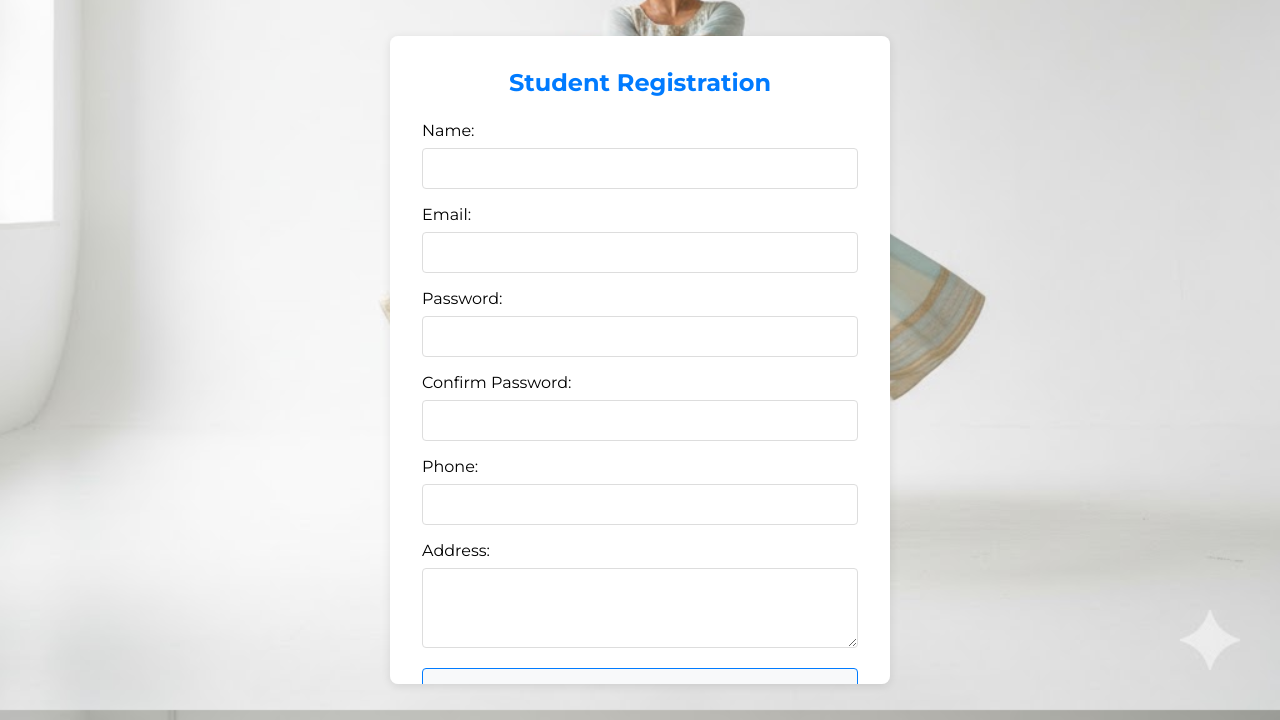
Repository: Priyadharshini-J-CSE/StepSync_Dance_Mangement_System
Page: /user-register (app in frontend/)
The author's editor kept a copy of each file at every save. The page is drawn from the files as they stood at one save, then again after the next save.
The browser window is 1280 px wide. The pictures show the whole page.
An inner scrolling area shows only its first screen. Some web fonts or font styles are not loaded; a fallback is used. Some web libraries are served in a nearby version. The project was rebuilt for these pictures with package versions that can differ from the ones it lists, and the page was loaded fresh each time. Also part of the build but not shown: frontend/src/index.css, frontend/src/pages/LandingPage.js, frontend/src/components/Alert.js, frontend/src/pages/UserLogin.js, frontend/src/pages/AdminLogin.js, frontend/src/pages/AdminRegister.js, frontend/src/pages/ForgotPassword.js, frontend/src/components/Navbar.js and 17 more.

Above is the page before, as saved 2025-12-18 10:46:59.

After the next save:
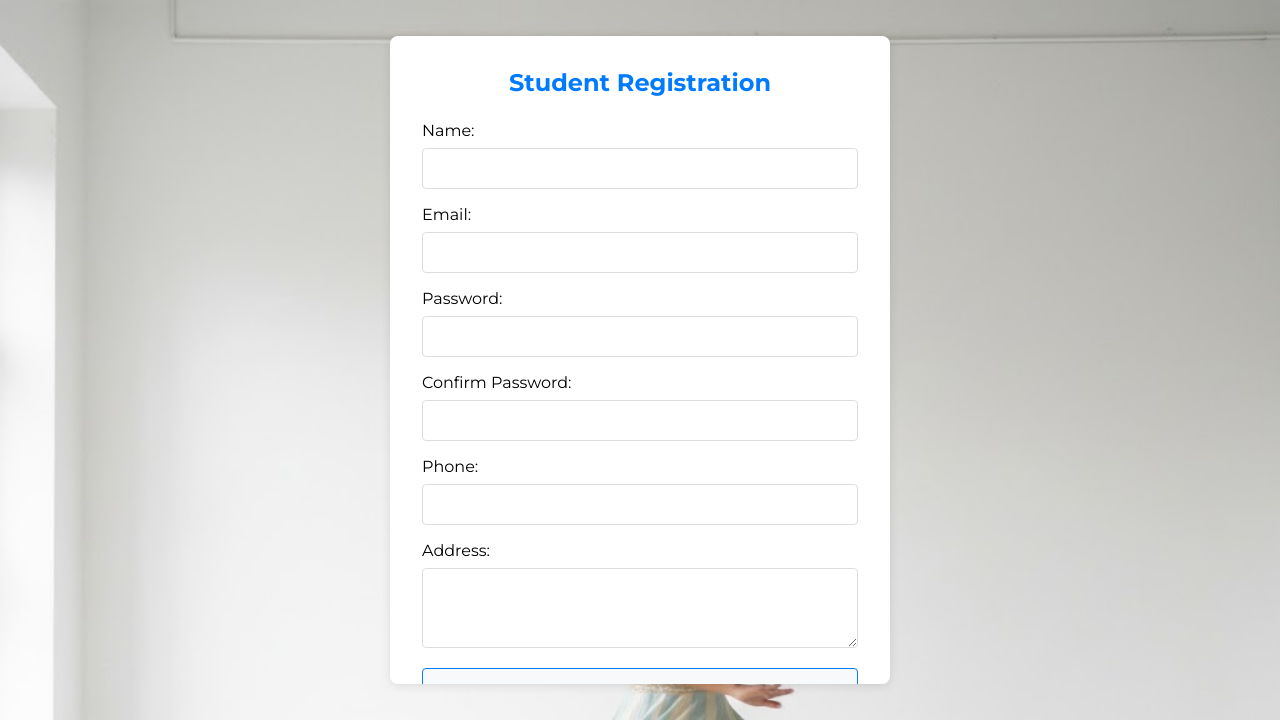
Saved 14 s later.
--- a/frontend/src/pages/UserRegister.js
+++ b/frontend/src/pages/UserRegister.js
@@ -65,7 +65,7 @@ const UserRegister = () => {
       padding: '1rem',
       backgroundImage: 'url(/image.jpg)',
       backgroundSize: 'cover',
-      backgroundPosition: 'left 30% bottom 10px',
+      backgroundPosition: 'bottom 10px',
       backgroundAttachment: 'fixed'
     }}>
       <form onSubmit={handleSubmit} style={{
